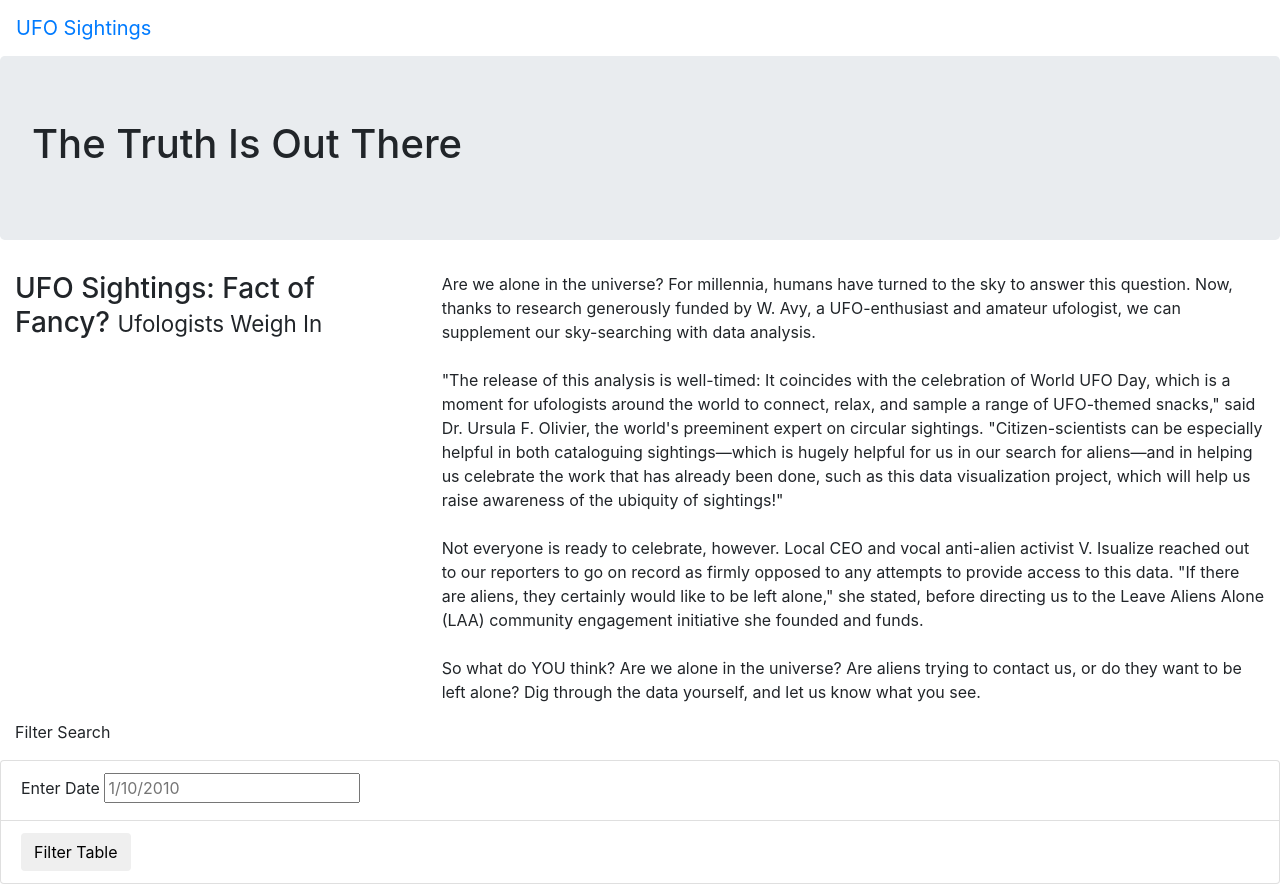
Repository: PaddyHQ/UFOs
Page: index.html
The author's editor kept a copy of each file at every save. The page is drawn from the files as they stood at one save, then again after the next save.
The browser window is 1280 px wide. The pictures show the whole page.

Above is the page before, as saved 2022-02-02 21:24:53.

After the next save:
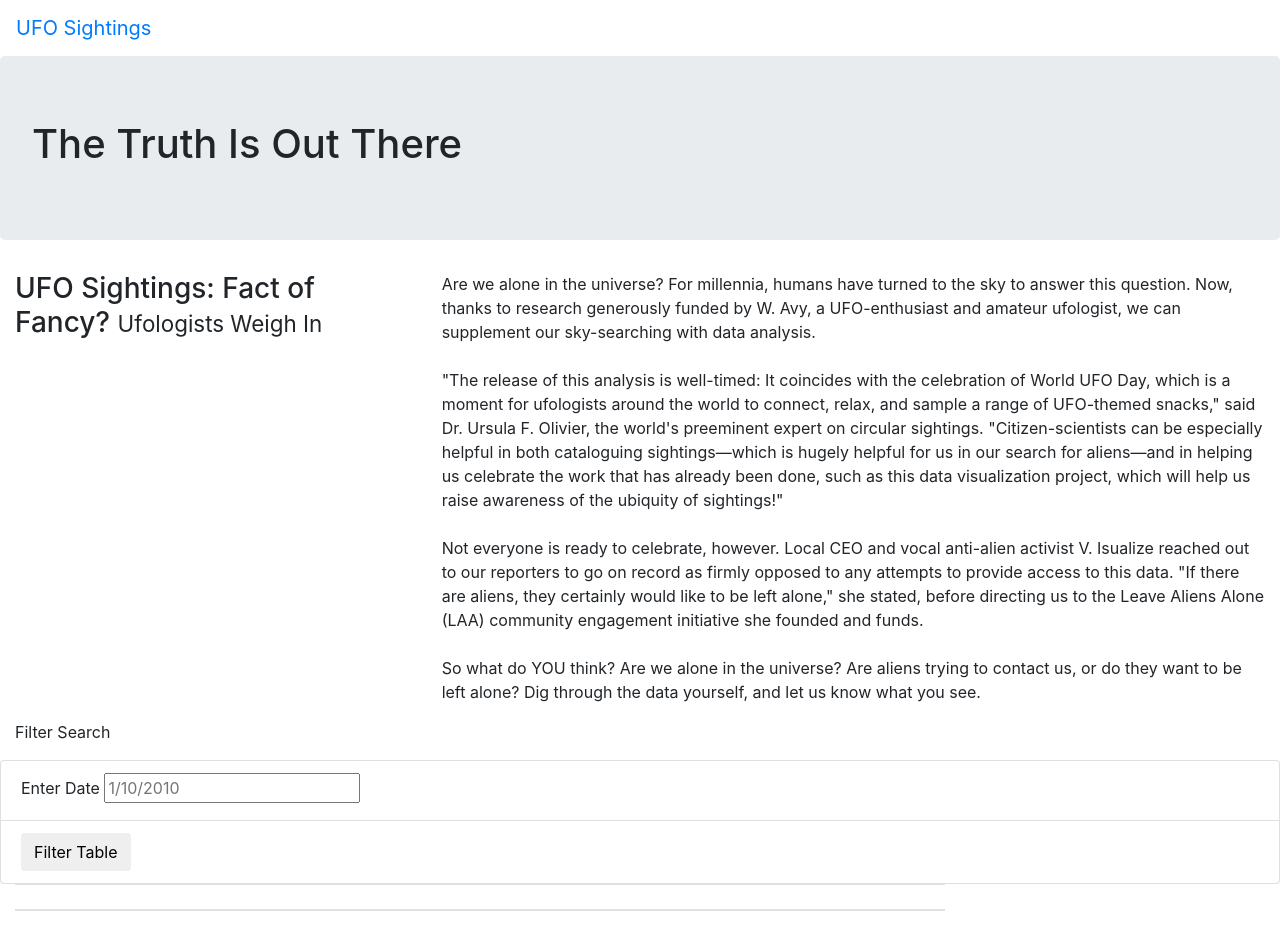
Saved 2 min 2 s later.
--- a/index.html
+++ b/index.html
@@ -56,5 +56,15 @@
             <button id="filter-btn" type="button" class="btn btn-default">Filter Table</button>
         </li>
     </ul>
+    <div class="col-md-9">
+        <table class="table table-striped">
+          <thead>
+            <tr>
+              <th></th>
+            </tr>
+          </thead>
+          <tbody></tbody>
+        </table>
+      </div>
 </body>
 </html>
